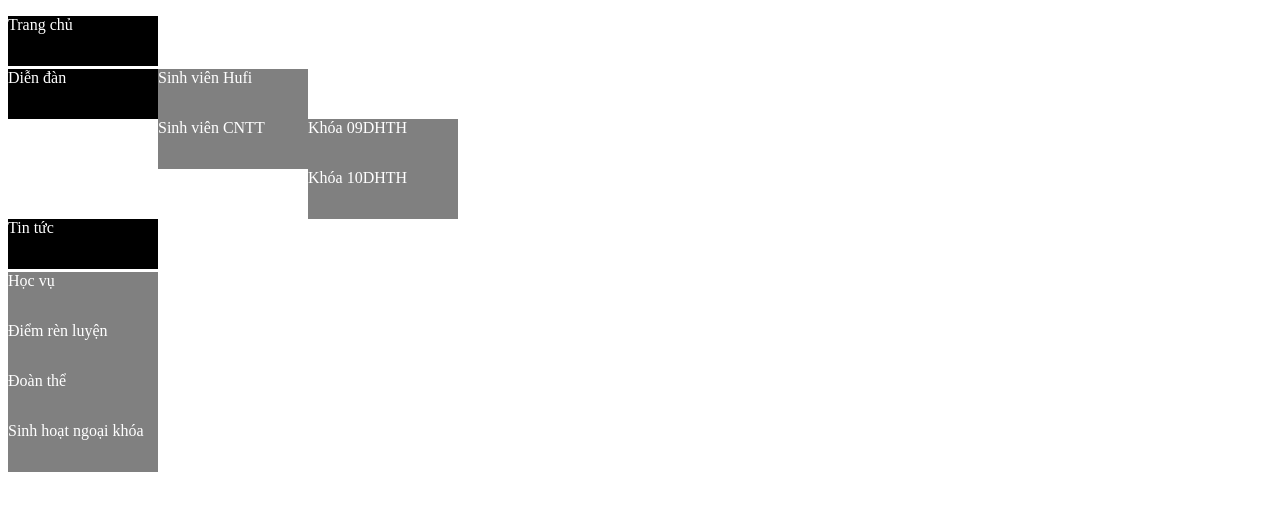
Repository: Tan-Khang21/TH_TKW--Buoi_08
Page: Bai_Tap_Tren_Lop/Bai_02/Bai_02.html
The author's editor kept a copy of each file at every save. The page is drawn from the files as they stood at one save, then again after the next save.
The browser window is 1280 px wide. The pictures show the whole page.

Above is the page before, as saved 2024-03-12 20:53:58.

### Bai_Tap_Tren_Lop/Bai_02/Bai_02.html
<!DOCTYPE html>
<html lang="en">
  <head>
    <meta charset="UTF-8" />
    <meta name="viewport" content="width=device-width, initial-scale=1.0" />
    <title>Document</title>
    <link rel="stylesheet" href="style.css" />
  </head>
  <body>
    <ul type="none" class="list1">
      <li class="list1_item">Trang chủ</li>
      <div style="display: flex; align-items: first baseline">
        <li class="list1_item">Diễn đàn</li>
        <ul type="none" class="list2">
          <li class="list2_item">Sinh viên Hufi</li>
          <div style="display: flex; align-items: first baseline">
            <li class="list2_item">Sinh viên CNTT</li>
            <ul type="none" class="list3">
              <li class="list3_item">Khóa 09DHTH</li>
              <li class="list3_item">Khóa 10DHTH</li>
            </ul>
          </div>
        </ul>
      </div>
      <div
        style="
          display: flex;
          align-items: first baseline;
          position: relative;
          display: block;
        "
      >
        <li
          style="display: flex; align-items: first baseline"
          class="list1_item"
        >
          Tin tức
        </li>
        <ul type="none" class="list2" style="position: absolute; right: ">
          <li class="list2_item">Học vụ</li>
          <li class="list2_item">Điểm rèn luyện</li>
          <li class="list2_item">Đoàn thể</li>
          <li class="list2_item">Sinh hoạt ngoại khóa</li>
        </ul>
      </div>
      <li class="list1_item">Hỏi đáp</li>
      <li class="list1_item">Liên hệ</li>
    </ul>
  </body>
</html>

### Bai_Tap_Tren_Lop/Bai_02/style.css
ul {
  padding: 0;
}

.list1_item {
  width: 150px;
  height: 50px;
  background-color: black;
  color: white;
  border-bottom: 3px solid #fff;
  transition: 0.2s linear; /* Sửa đổi đơn vị thời gian */
}

.list1_item:hover {
  background-color: #454545;
}

.list2_item,
.list3_item {
  width: 150px;
  height: 50px;
  background-color: #808080;
  color: white;
  transition: 0.2s linear; /* Sửa đổi đơn vị thời gian */
  /* display: none; */
}

.list1_item:hover + ul .list2_item,
.list2_item:hover + ul .list3_item {
  display: block;
}

After the next save:
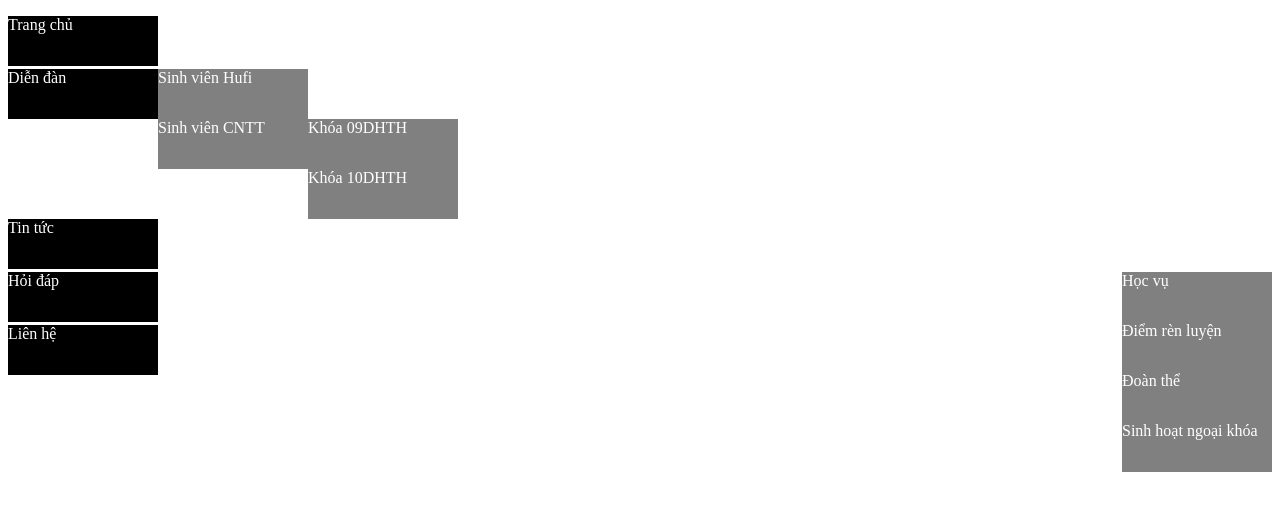
Saved 5 s later.
--- a/Bai_Tap_Tren_Lop/Bai_02/Bai_02.html
+++ b/Bai_Tap_Tren_Lop/Bai_02/Bai_02.html
@@ -36,7 +36,7 @@
         >
           Tin tức
         </li>
-        <ul type="none" class="list2" style="position: absolute; right: ">
+        <ul type="none" class="list2" style="position: absolute; right: 0">
           <li class="list2_item">Học vụ</li>
           <li class="list2_item">Điểm rèn luyện</li>
           <li class="list2_item">Đoàn thể</li>
